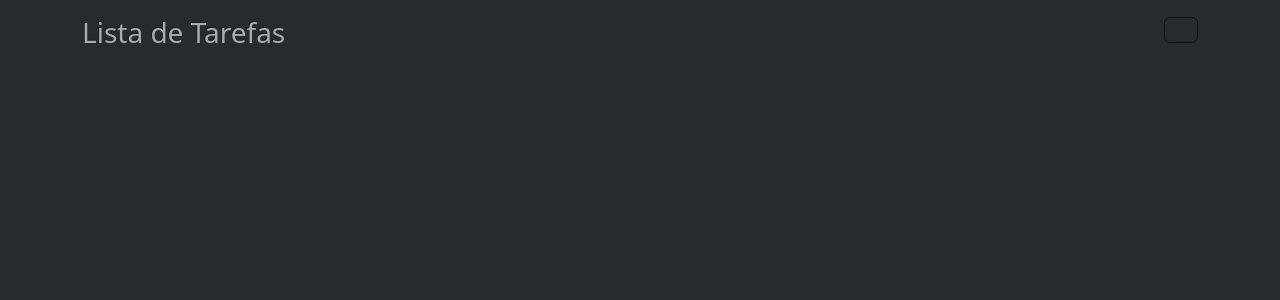
Repository: cargugati/lista_tarefas
Page: frontEnd/index.html
These files come from the project's save history. The page is drawn as it stood at one moment and after a run of saves; the edit follows.
The browser window is 1280 px wide. The pictures show the whole page.

Above is the page before, as saved 2023-03-16 10:04:28.

After the next 2 saves:
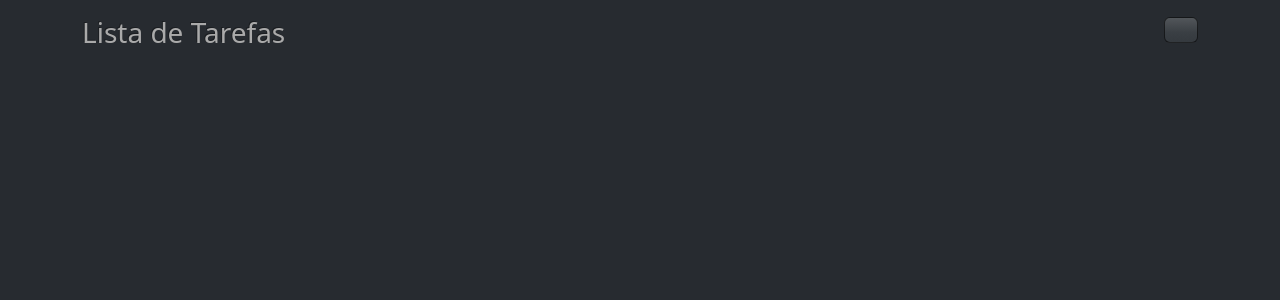
The 2 saves are shown as one change because they came seconds apart.
The last was saved 7 s later.
--- a/frontEnd/index.html
+++ b/frontEnd/index.html
@@ -18,7 +18,7 @@
         <h3>Lista de Tarefas</h3>
       </div>
       <div class="col text-end">
-      <a href="new_task.html" class="btn brn-p"></a>
+      <a href="new_task.html" class="btn btn-primary"></a>
       </div>
     </div>
   </div>
